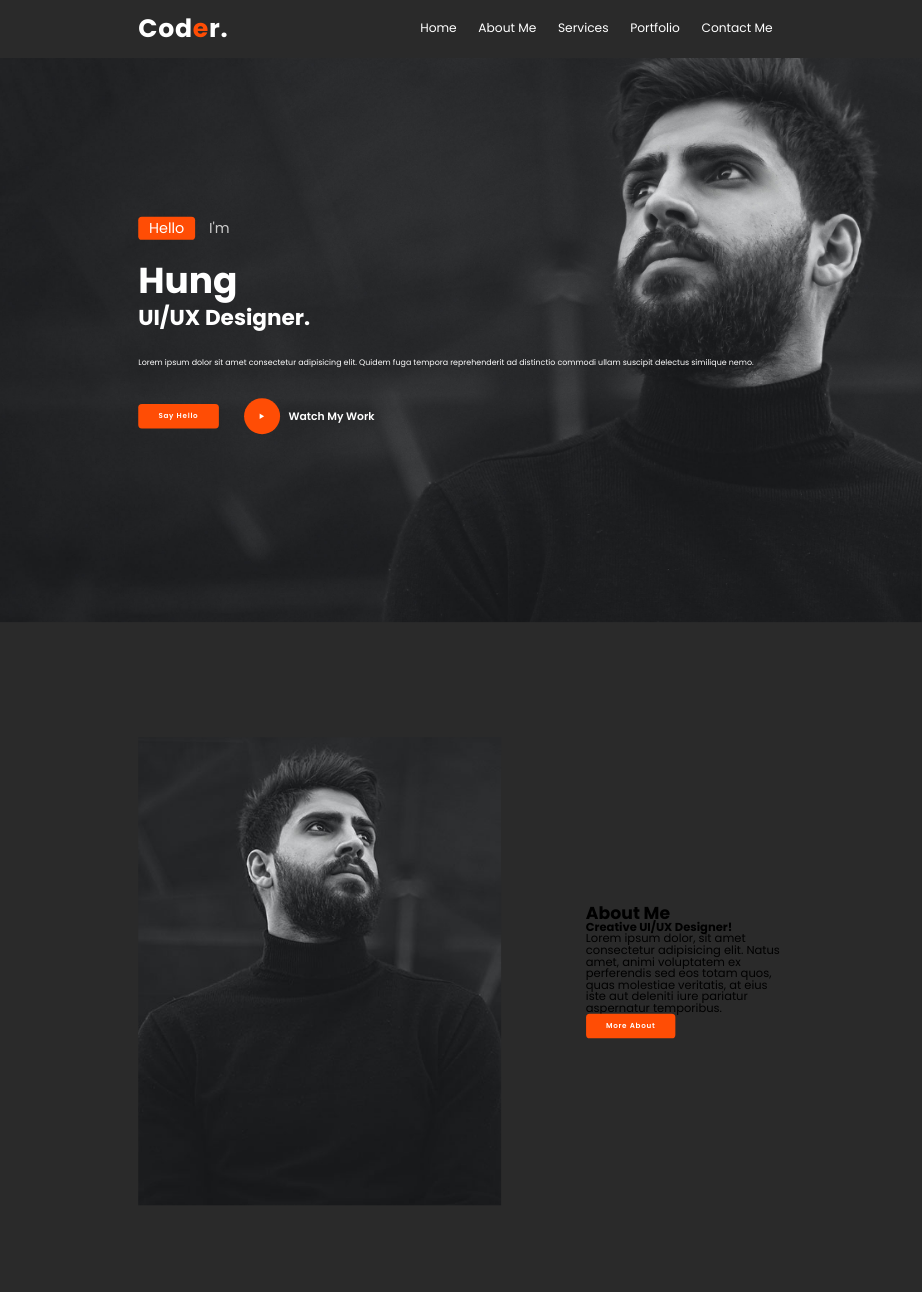
Repository: HungNg99/Protifolio2
Page: Portfolio/index.html
These files come from the project's save history. The page is drawn as it stood at one moment and after the next save; the edit follows.
The browser window is 1280 px wide. The pictures show the whole page, at 72% of full size.

Above is the page before, as saved 2022-12-11 08:25:45.

### Portfolio/index.html
<!DOCTYPE html>
<html lang="en">

<head>
    <meta charset="UTF-8">
    <meta http-equiv="X-UA-Compatible" content="IE=edge">
    <meta name="viewport" content="width=device-width, initial-scale=1.0">
    <title>Portfolio</title>
    <link rel="stylesheet" href="./reset.css">
    <link rel="stylesheet" href="./style.css">
    <link rel="stylesheet" href="https://cdnjs.cloudflare.com/ajax/libs/font-awesome/6.2.1/css/all.min.css"
        integrity="sha512-MV7K8+y+gLIBoVD59lQIYicR65iaqukzvf/nwasF0nqhPay5w/9lJmVM2hMDcnK1OnMGCdVK+iQrJ7lzPJQd1w=="
        crossorigin="anonymous" referrerpolicy="no-referrer" />

        <link rel="stylesheet"
        href="https://unpkg.com/boxicons@latest/css/boxicons.min.css">

    <link
        href="https://fonts.googleapis.com/css2?family=Montserrat:wght@800&family=Poppins:ital,wght@0,300;0,400;0,600;0,700;1,600&family=Roboto:wght@300;500&display=swap"
        rel="stylesheet">
</head>

<body>
    <!-- header design-->
    <header>
        <a href="#" class="logo">Cod<span>e</span>r.</a>
        <ul class="nav-list">
            <li><a href="#home" class="nav-link">
                    Home
                </a></li>
            <li><a href="#about" class="nav-link">
                    About Me
                </a></li>
            <li><a href="#services" class="nav-link">
                    Services
                </a></li>
            <li><a href="#portfolio" class="nav-link">
                    Portfolio
                </a></li>
            <li><a href="#contact" class="nav-link">
                    Contact Me
                </a></li>
        </ul>

        <div class="bx bx-menu" id="menu-icon">
        </div>
    </header>

    <!-- home section design -->
    <section class="home" id="home">
       <div class="home-text">
        <div class="slide">
            <span class="one">Hello</span>
            <span class="two">I'm</span>
        </div>
        <h1>Hung</h1>
        <h3>UI/UX <span>Designer.</span> </h3>
        <p>Lorem ipsum dolor sit amet consectetur adipisicing elit. Quidem fuga tempora reprehenderit ad distinctio commodi ullam suscipit delectus similique nemo.</p>
        <div class="button">
            <a href="#" class="btn">Say Hello</a>
            <a href="#" class="btn2"><span><i class='bx bx-play'></i>Watch My Work</span></a>
        </div>
       </div>
    </section>

    <!-- about section design -->
    <section class="about" id="about">
        <div class="about-img">
            <img src="./img/about.jpg" alt="">
        </div>
        <div class="about-text">
            <h2>About <span>Me</span></h2>
            <h4>Creative UI/UX Designer!</h4>
            <p>Lorem ipsum dolor, sit amet consectetur adipisicing elit. Natus amet, animi voluptatem ex perferendis sed eos totam quos, quas molestiae veritatis, at eius iste aut deleniti iure pariatur aspernatur temporibus.</p>
            <a href="#" class="btn">More About</a>
        </div>
    </section>
    <script src="./scripts.js"></script>
</body>

</html>

### Portfolio/reset.css
html {
    box-sizing: border-box;
  }
  * {
    margin: 0;
    padding: 0;
  }
  *,
  *:before,
  *:after {
    box-sizing: border-box;
  }
  input,
  textarea,
  select,
  button {
    outline: none;
  }
  input {
    line-height: normal;
  }
  label,
  button {
    cursor: pointer;
  }
  a {
    text-decoration: none;
  }
  img {
    display: block;
    max-width: 100%;
  }
  *,
  *:before,
  *:after {
    box-sizing: border-box;
  }
  /* using rem unit */
  html {
    font-size: 62.5%;
  }
  a {
    text-decoration: none;
  }
  img {
    display: block;
    max-width: 100%;
  }
  body {
    font-family: "Poppins", sans-serif;
    font-size: 16px;
    line-height: 1;
    list-style: none;
    scroll-behavior: smooth;
    /* height: 200vh; */
  }

### Portfolio/style.css
body{
    background-color: var(--bg-color);
}
:root {
    --bg-color: #2a2a2a;
    --second-bg-color: #202020;
    --text-color: #fff;
    --second-color: #ccc;
    --main-color: #ff4d05;
    --big-font: 5rem;
    --h2-font: 3rem;
    --p-font: 1.1rem;
}

header {
    position: fixed;
    width: 100%;
    top: 0;
    right: 0;
    z-index: 1000;
    align-items: center;
    justify-content: space-between;
    background: var(--bg-color);
    padding: 22px 15%;
    border-bottom: 1px solid transparent;
    transition: all 0.45s ease;
    display: flex;
    justify-content: space-between;
    align-items: center;
}

.logo {
    color: var(--text-color);
    font-size: 35px;
    font-weight: 700;
    letter-spacing: 1px;
}

.logo span {
    color: var(--main-color);
}

.nav-list {
    display: flex;
    list-style: none;
}

.nav-list .nav-link {
    color: var(--text-color);
    margin: 0 15px;
    font-size: 17px;
    font-weight: 500;
    transition: all 0.45s ease;
}

.nav-list .nav-link:hover {
    color: var(--main-color);
}

.nav-list .nav-link.active {
    color: var(--main-color);
}

#menu-icon {
    color: var(--text-color);
    font-size: 35px;
    z-index: 10001;
    cursor: pointer;
    margin-left: 25px;
    display: none;

}

section {
    padding: 160px 15% 120px;
}

.home {
    position: relative;
    background-image: url(./img/background.jpg);
    background-repeat: no-repeat;
    background-position: center;
    background-size: cover;
    height: 120vh;
    width: 100%;
    display: flex;
    align-items: center;
    justify-content: flex-start;
}

.slide {
    margin-bottom: 30px;
}

.one {
    display: inline-block;
    margin-right: 15px;
    height: 32px;
    padding: 0 15px;
    line-height: 32px;
    font-size: 20px;
    font-weight: 500;
    border-radius: 5px;
    background-color: var(--main-color);
    color: var(--text-color);
}

.two {
    display: inline-block;
    color: var(--second-color);
    font-size: 20px;
    font-weight: 500;
}
.home-text h1 {
    font-size: var(--big-font);
    font-weight: 700;
    color: var(--text-color);
    line-height:1.1;
    margin: 0 0 8px;
}
.home-text h3{
    color: var(--text-color);
    margin: 0 0 35px;
    font-size: 3rem;
    font-weight: 700;
    line-height:1.1;
}
.home-text p{
    color: var(--text-color);
    font-size: var(--p-font);
    line-height:1.8;
    margin-bottom: 40px;
}
.button{
    display:flex;
    align-items: center;
    justify-content: flex-start;
}
.btn{
    display: inline-block;
    padding: 12px 28px;
    background: var(--main-color);
    border-radius: 5px;
    color: var(--text-color);
    font-size:1rem;
    letter-spacing: 1px;
    font-weight: 600;
    transition: all 0.45s ease;
}
.btn:hover{
    transform: scale(1.1);
}
.btn2{
    display: inline-flex;
    align-items: center;
    justify-content: center;
    font-size: 15px;
    font-weight:600;
    color: var(--text-color);
    margin-left: 35px;
}
.btn2 span{
    display: inline-flex;
    align-items: center;
    justify-content: center;
}
.btn2 span i{
    margin-right: 12px;
    height: 50px;
    width: 50px;
    border-radius: 50%;
    display: flex;
    align-items: center;
    justify-content: center;
    transition: all 0.45s ease;
    background-color: var(--main-color);
    color: var(--text-color);
}
.btn2 span i:hover{
    transform: scale(1.1);
}

.about{
    display: flex;
    align-items: center;
    justify-content: space-between;
}


.about-img{

}
.about-text{
    /* display: inline-flex; */
    flex:0.7;
}

Loaded but not shown: Portfolio/scripts.js (no copy from this time; the picture is the same without it)

After the next save:
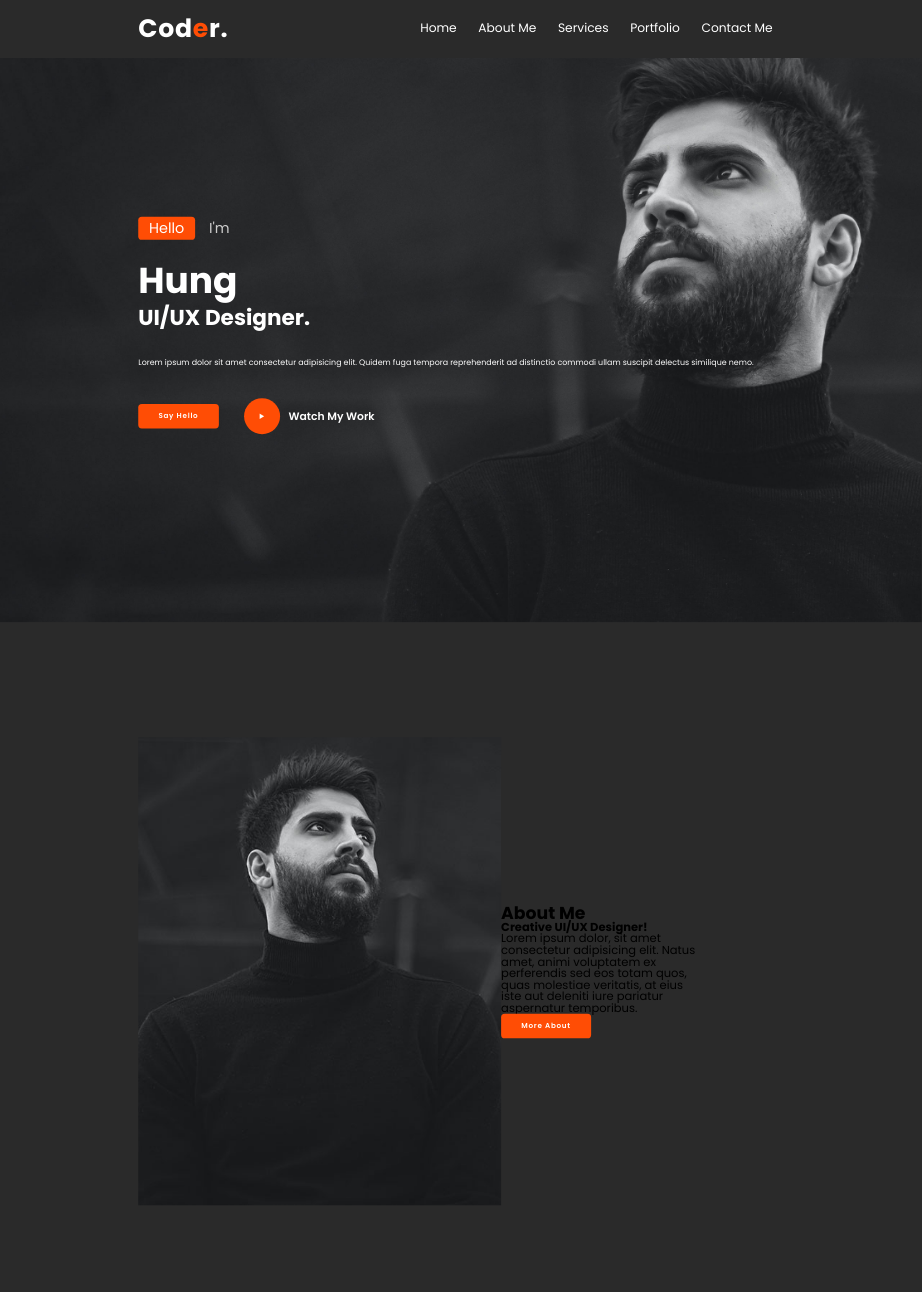
Saved 34 s later.
--- a/Portfolio/style.css
+++ b/Portfolio/style.css
@@ -183,7 +183,7 @@ section {
 .about{
     display: flex;
     align-items: center;
-    justify-content: space-between;
+    /* justify-content: space-between; */
 }
 
 
